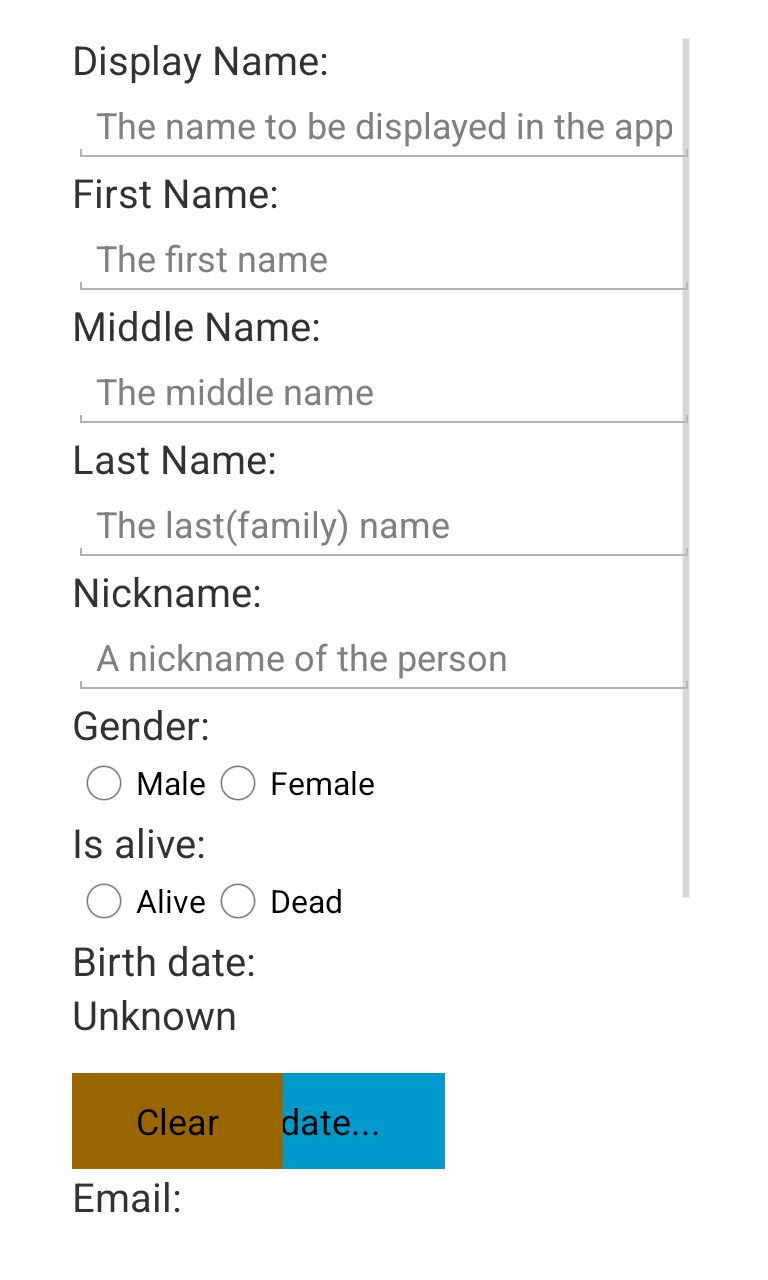
Repository: ivanbuhov/FamilyAndroidClient
Layout: Family/res/layout/activity_edit_person.xml
These files come from the project's save history. The layout is drawn as it stood at one moment and after the next save; the edit follows.
It is drawn on a 768 x 1280 px phone screen (xhdpi) without system bars, with theme AppTheme; the app's code is not run.

Above is the layout before, as saved 2013-11-19 14:18:50.

### Family/res/layout/activity_edit_person.xml
<LinearLayout
	    xmlns:android="http://schemas.android.com/apk/res/android"
	    xmlns:tools="http://schemas.android.com/tools"
	    android:paddingBottom="@dimen/activity_vertical_margin"
	    android:paddingLeft="@dimen/activity_horizontal_margin"
	    android:paddingRight="@dimen/activity_horizontal_margin"
	    android:paddingTop="@dimen/activity_vertical_margin"
	    android:layout_width="match_parent"
	    android:layout_height="wrap_content"
	    android:orientation="vertical"
	    tools:context=".EditPersonActivity" >

	<!-- Progress bar for the activity -->
    <ProgressBar
        	android:id="@+id/progress_edit_person"
            android:layout_width="match_parent"
            android:layout_height="wrap_content"
            android:indeterminateOnly="true"
            android:layout_margin="10dp"
            android:focusable="true"
            style="?android:attr/progressBarStyleHorizontal"
            android:visibility="gone" />

	<ScrollView
	    android:layout_width="match_parent"
	    android:layout_height="match_parent"
	    android:paddingLeft="20dp"
	    android:paddingRight="20dp" >

		<LinearLayout
		    android:layout_width="match_parent"
		    android:layout_height="wrap_content"
		    android:orientation="vertical" >

		    <!--  Display name -->
		    <TextView
		        android:layout_width="match_parent"
		        android:layout_height="wrap_content"
		        android:textSize="20sp"
		        android:text="@string/label_display_name" />

		    <EditText
		        android:id="@+id/edit_display_name"
		        android:layout_width="match_parent"
		        android:layout_height="wrap_content"
		        android:inputType="textCapWords"
		        android:hint="@string/hint_display_name" />

		    <!--  First name -->
		    <TextView
		        android:layout_width="match_parent"
		        android:layout_height="wrap_content"
		        android:textSize="20sp"
		        android:text="@string/label_first_name" />

		    <EditText
		        android:id="@+id/edit_first_name"
		        android:layout_width="match_parent"
		        android:layout_height="wrap_content"
		        android:inputType="textCapWords"
		        android:hint="@string/hint_first_name" />

		    <!--  Middle name -->
		    <TextView
		        android:layout_width="match_parent"
		        android:layout_height="wrap_content"
		        android:textSize="20sp"
		        android:text="@string/label_middle_name" />

		    <EditText
		        android:id="@+id/edit_middle_name"
		        android:layout_width="match_parent"
		        android:layout_height="wrap_content"
		        android:inputType="textCapWords"
		        android:hint="@string/hint_middle_name" />

		    <!--  Last name -->
		    <TextView
		        android:layout_width="match_parent"
		        android:layout_height="wrap_content"
		        android:textSize="20sp"
		        android:text="@string/label_last_name" />

		    <EditText
		        android:id="@+id/edit_last_name"
		        android:layout_width="match_parent"
		        android:layout_height="wrap_content"
		        android:inputType="textCapWords"
		        android:hint="@string/hint_last_name" />

		    <!--  Nickname -->
		    <TextView
		        android:layout_width="match_parent"
		        android:layout_height="wrap_content"
		        android:textSize="20sp"
		        android:text="@string/label_nickname" />

		    <EditText
		        android:id="@+id/edit_nickname_name"
		        android:layout_width="match_parent"
		        android:layout_height="wrap_content"
		        android:inputType="textCapWords"
		        android:hint="@string/hint_nickname" />

		    <!-- Gender -->
		    <TextView
		        android:layout_width="match_parent"
		        android:layout_height="wrap_content"
		        android:textSize="20sp"
		        android:text="@string/label_gender" />

		    <RadioGroup
			    android:layout_width="fill_parent"
			    android:layout_height="wrap_content"
			    android:orientation="horizontal">

			    <RadioButton
			        android:id="@+id/edit_is_male"
			        android:layout_width="wrap_content"
			        android:layout_height="wrap_content"
			        android:text="@string/label_male"/>

			    <RadioButton
			        android:id="@+id/edit_is_female"
			        android:layout_width="wrap_content"
			        android:layout_height="wrap_content"
			        android:text="@string/label_female"/>

			</RadioGroup>

		    <!-- Is alive -->
		    <TextView
		        android:layout_width="match_parent"
		        android:layout_height="wrap_content"
		        android:textSize="20sp"
		        android:text="@string/label_is_alive" />

		    <RadioGroup
			    android:layout_width="fill_parent"
			    android:layout_height="wrap_content"
			    android:orientation="horizontal">

			    <RadioButton
			        android:id="@+id/edit_is_alive"
			        android:layout_width="wrap_content"
			        android:layout_height="wrap_content"
			        android:text="@string/label_alive"/>

			    <RadioButton
			        android:id="@+id/edit_is_dead"
			        android:layout_width="wrap_content"
			        android:layout_height="wrap_content"
			        android:text="@string/label_dead"/>

			</RadioGroup>

		    <!-- Birth Date -->
		    <TextView
		        android:layout_width="match_parent"
		        android:layout_height="wrap_content"
		        android:textSize="20sp"
		        android:text="@string/label_birth_date" />

		    <TextView
		        android:id="@+id/edit_birth_date"
		        android:layout_width="match_parent"
		        android:layout_height="wrap_content"
		        android:textSize="20sp"
		        android:text="@string/label_unknown" />

		    <RelativeLayout
			    android:layout_width="fill_parent"
			    android:layout_height="fill_parent" >

		        <Button
	                android:id="@+id/set_date_button"
	                android:layout_width="wrap_content"
	                android:layout_height="wrap_content"
	                android:layout_gravity="right"
	                android:layout_marginTop="16dp"
	                android:paddingLeft="32dp"
	                android:paddingRight="32dp"
        			android:background="#ff0099cc"
	                android:text="@string/set_birth_date" />

	            <Button
	                android:id="@+id/clear_date_button"
	                android:layout_width="wrap_content"
	                android:layout_height="wrap_content"
	                android:layout_gravity="left"
	                android:layout_marginTop="16dp"
	                android:paddingLeft="32dp"
	                android:paddingRight="32dp"
        			android:background="#ff996600"
	                android:text="@string/clear" />

            </RelativeLayout>

		    <!--  Email -->
		    <TextView
		        android:layout_width="match_parent"
		        android:layout_height="wrap_content"
		        android:textSize="20sp"
		        android:text="@string/label_email" />

		    <EditText
		        android:id="@+id/edit_email"
		        android:layout_width="match_parent"
		        android:layout_height="wrap_content"
		        android:inputType="textEmailAddress"
		        android:hint="@string/hint_email" />

		    <!--  Address -->
		    <TextView
		        android:layout_width="match_parent"
		        android:layout_height="wrap_content"
		        android:textSize="20sp"
		        android:text="@string/label_address" />

		    <EditText
		        android:id="@+id/edit_address"
		        android:layout_width="match_parent"
		        android:layout_height="wrap_content"
		        android:inputType="text"
		        android:hint="@string/hint_email" />

		    <!--  Profession -->
		    <TextView
		        android:layout_width="match_parent"
		        android:layout_height="wrap_content"
		        android:textSize="20sp"
		        android:text="@string/label_profession" />

		   <EditText
		        android:id="@+id/edit_profession"
		        android:layout_width="match_parent"
		        android:layout_height="wrap_content"
		        android:inputType="text"
		        android:hint="@string/hint_email" />

		   <!-- Save button -->
		   <Button
				android:id="@+id/edit_save_button"
				android:layout_width="wrap_content"
				android:layout_height="wrap_content"
				android:layout_gravity="center"
				android:layout_marginTop="16dp"
				android:layout_marginBottom="16dp"
				android:paddingLeft="50dp"
				android:paddingRight="50dp"
				android:background="#ff0099cc"
				android:text="@string/save" />

		</LinearLayout>

	</ScrollView>

</LinearLayout>

### Family/res/values/strings.xml
<?xml version="1.0" encoding="utf-8"?>
<resources>

    <!-- Common strings -->
    <string name="yes">Yes</string>
    <string name="no">No</string>
    <string name="cancel">Cancel</string>
    <string name="update">Update</string>
    <string name="add">Add</string>
    <string name="refresh">Refresh</string>
    <string name="save">Save</string>
    <string name="clear">Clear</string>
    <string name="data_saved">Data saved</string>

    <!-- Titles and names -->
    <string name="app_name">Family</string>
    <string name="title_activity_settings">Settings</string>
    <string name="title_activity_my_pedigrees">My Pedigrees</string>
    <string name="title_activity_register">Register</string>

    <!-- Menu items -->
    <string name="menu_item_settings">Settings</string>
    <string name="menu_item_login">Login/Register</string>
    <string name="menu_item_my_pedigrees">My Pedigrees</string>
    <string name="menu_item_add_pedigree">Add Pedigree</string>

    <!-- Preferences -->
    <!-- Preferences Header -->
    <string name="pref_header_title_account">Account</string>
    <string name="pref_header_title_others">Others</string>

    <!-- Preferences Titles -->
    <string name="pref_key_online_mode">online_mode</string>
    <string name="pref_title_online_mode">Online mode</string>
    <string name="pref_key_update_if_not_updated_more_than">update_frequency</string>
    <string name="pref_title_update_if_not_updated_more_than">Update if not updated more than:</string>
    <string name="pref_summary_update_if_not_updated_more_than">If you try to read data and it has been updated
    	    before less than the specified amount of time, the data will be updated again.</string>

    <!-- Alerts -->
    <string name="alert_title_registration_failed">Registration failed</string>
    <string name="alert_title_login_failed">Login failed</string>
    <string name="alert_title_loading_data_failed">Loading data failed</string>
    <string name="alert_title_deletion_failed">Failed to remove the item</string>
    <string name="alert_title_update_failed">Failed to update the item</string>
    <string name="alert_title_addition_failed">Failed to add the item</string>

    <!-- Login Activity -->
    <string name="prompt_username">Username</string>
    <string name="prompt_password">Password</string>
    <string name="register_button_text"><b>Register</b></string>
    <string name="login_button_text"><b>Login</b></string>
    <string name="action_login">Login</string>
    <string name="progressing_text">Loading&#8230;</string>
    <string name="error_short_username">The username must be no shorter than 5 characters</string>
    <string name="error_long_username">The username must be no longer than 30 characters</string>
    <string name="error_short_password">The password must be no shorter than 5 characters</string>
    <string name="error_long_password">The password must be no longer than 30 characters</string>
    <string name="error_field_required">This field is required</string>

    <!-- My Pedigrees Activity -->
    <string name="hello_world">Hello world!</string>
    <string name="progress_my_pedigrees_text">Loading pedigrees</string>
    <string name="delete_message_pedigree">Are you sure you want to delete this pedigree and all people in it?</string>
    <string name="context_menu_view">View</string>
    <string name="context_menu_edit">Edit</string>
    <string name="context_menu_delete">Delete</string>
    <string name="edit_pedigree_title">Title:</string>
    <string name="add_pedigree_title">Add new pedigree</string>
    <string name="my_pedigrees_list_title">My Pedigrees List</string>

    <!-- Pedigree Activity -->
    <string name="title_activity_pedigree">Pedigree</string>
    <string name="action_settings">Settings</string>
    <string name="anonymous_display_name">Unknown</string>
    <string name="no_people_message">No person selected</string>
    <string name="people_list">People list</string>

    <!-- Edit Person Activity -->
    <string name="title_activity_edit_person">Edit Person</string>

    <string name="label_display_name">Display Name:</string>
    <string name="label_first_name">First Name:</string>
    <string name="label_middle_name">Middle Name:</string>
    <string name="label_last_name">Last Name:</string>
    <string name="label_nickname">Nickname:</string>
    <string name="label_email">Email:</string>
    <string name="label_birth_date">Birth date:</string>
    <string name="label_is_alive">Is alive:</string>
    <string name="label_alive">Alive</string>
    <string name="label_dead">Dead</string>
    <string name="label_gender">Gender:</string>
    <string name="label_male">Male</string>
    <string name="label_female">Female</string>
    <string name="label_address">Address:</string>
    <string name="label_profession">Profession:</string>
    <string name="label_unknown">Unknown</string>
    <string name="set_birth_date">Set birth date...</string>

    <string name="hint_display_name">The name to be displayed in the application</string>
    <string name="hint_first_name">The first name</string>
    <string name="hint_middle_name">The middle name</string>
    <string name="hint_last_name">The last(family) name</string>
    <string name="hint_nickname">A nickname of the person</string>
    <string name="hint_email">Email address</string>
    <string name="hint_address">The region where the person lives</string>
    <string name="hint_profession">Profession(occupation)</string>

</resources>

Loaded but not shown: Family/res/values/styles.xml (common file); Family/res/values-v11/styles.xml (common file); Family/res/values-v14/styles.xml (common file); Family/res/values/dimens.xml (common file)

After the next save:
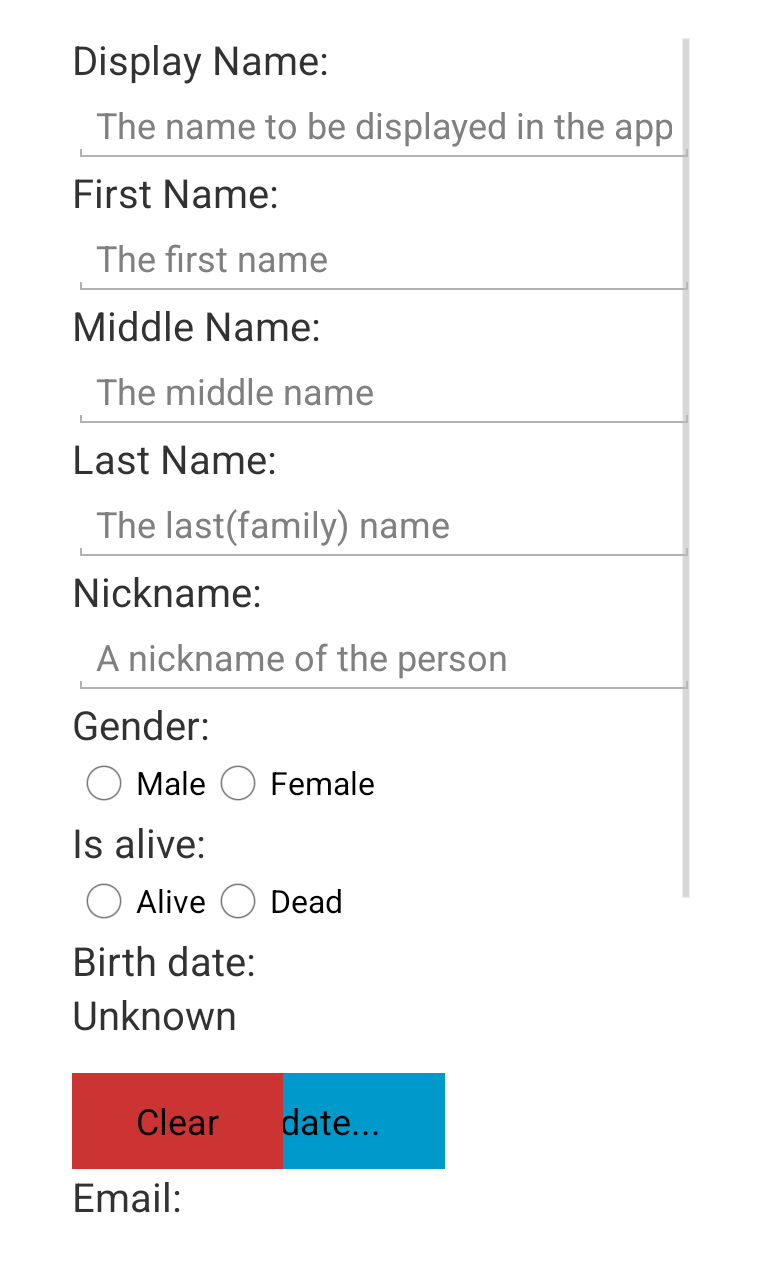
Saved 17 s later.
--- a/Family/res/layout/activity_edit_person.xml
+++ b/Family/res/layout/activity_edit_person.xml
@@ -191,7 +191,7 @@
 	                android:layout_marginTop="16dp"
 	                android:paddingLeft="32dp"
 	                android:paddingRight="32dp"
-        			android:background="#ff996600"
+        			android:background="#ffCC3333"
 	                android:text="@string/clear" />
 
             </RelativeLayout>
